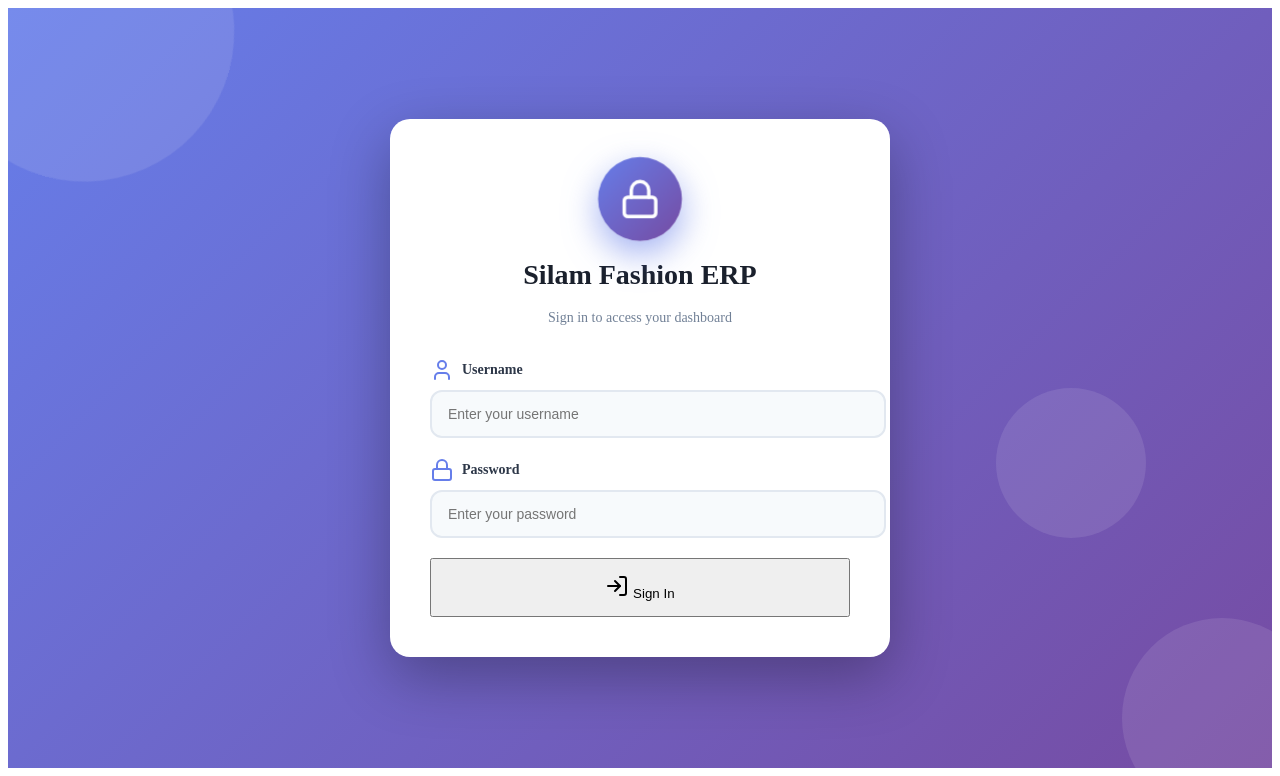
Repository: abhayxxmm1/j2ee-
Page: Projects/inventorymanagement/src/main/webapp/Login.html
These files come from the project's save history. The page is drawn as it stood at one moment and after the next save; the edit follows.
The browser window is 1280 px wide. The pictures show the whole page.

Above is the page before, as saved 2025-12-05 10:22:23.

After the next save:
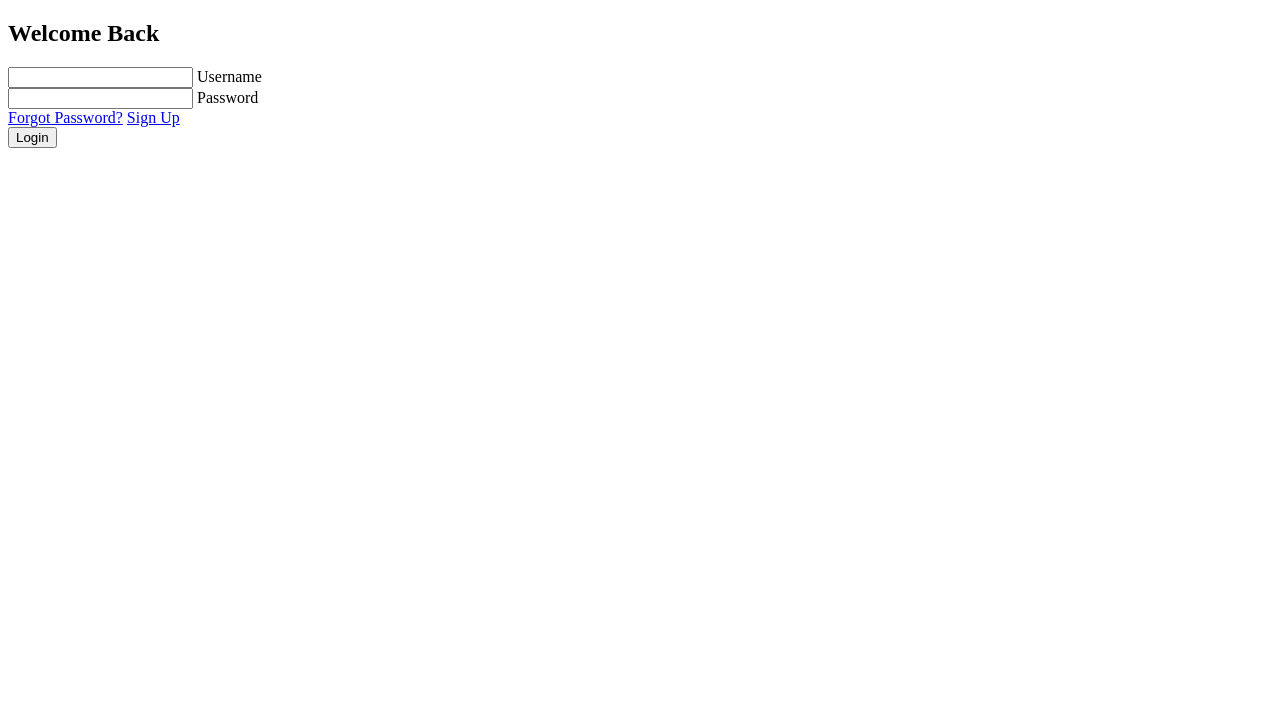
Saved 31 s later.
--- a/Projects/inventorymanagement/src/main/webapp/Login.html
+++ b/Projects/inventorymanagement/src/main/webapp/Login.html
@@ -1,60 +1,37 @@
 <!DOCTYPE html>
 <html lang="en">
 <head>
-  <meta charset="UTF-8" />
-  <meta name="viewport" content="width=device-width, initial-scale=1.0" />
-  <title>Silam Fashion ERP - Login</title>
-  <link rel="stylesheet" href="style.css" />
-  <!-- Lucide Icons CDN -->
-  <script src="https://unpkg.com/lucide@latest"></script>
+    <meta charset="UTF-8">
+    <meta name="viewport" content="width=device-width, initial-scale=1.0">
+    <title>Modern Login Page</title>
+    <link rel="stylesheet" href="style.css">
 </head>
+<body>
 
-<body>
-  <div class="login-container">
-    <div class="login-background">
-      <div class="login-shapes">
-        <div class="shape shape-1"></div>
-        <div class="shape shape-2"></div>
-        <div class="shape shape-3"></div>
-      </div>
+    <div class="container">
+        <div class="box">
+            <h2>Welcome Back</h2>
+
+            <form>
+                <div class="inputBox">
+                    <input type="text" required>
+                    <span>Username</span>
+                </div>
+
+                <div class="inputBox">
+                    <input type="password" required>
+                    <span>Password</span>
+                </div>
+
+                <div class="links">
+                    <a href="#">Forgot Password?</a>
+                    <a href="#">Sign Up</a>
+                </div>
+
+                <input type="submit" value="Login" class="btn">
+            </form>
+        </div>
     </div>
-
-    <div class="login-card">
-      <div class="login-header">
-        <div class="login-icon-wrapper">
-          <i data-lucide="lock" class="login-icon"></i>
-        </div>
-        <h1 class="login-title">Silam Fashion ERP</h1>
-        <p class="login-subtitle">Sign in to access your dashboard</p>
-      </div>
-
-      <form class="login-form">
-        <div class="login-input-group">
-          <label class="login-label">
-            <i data-lucide="user" class="login-input-icon"></i>
-            Username
-          </label>
-          <input type="text" placeholder="Enter your username" class="login-input" />
-        </div>
-
-        <div class="login-input-group">
-          <label class="login-label">
-            <i data-lucide="lock" class="login-input-icon"></i>
-            Password
-          </label>
-          <input type="password" placeholder="Enter your password" class="login-input" />
-        </div>
-
-        <button type="button" class="login-button">
-          <i data-lucide="log-in"></i> Sign In
-        </button>
-      </form>
-    </div>
-  </div>
-
-  <script>
-    lucide.createIcons();
-  </script>
 
 </body>
 </html>
